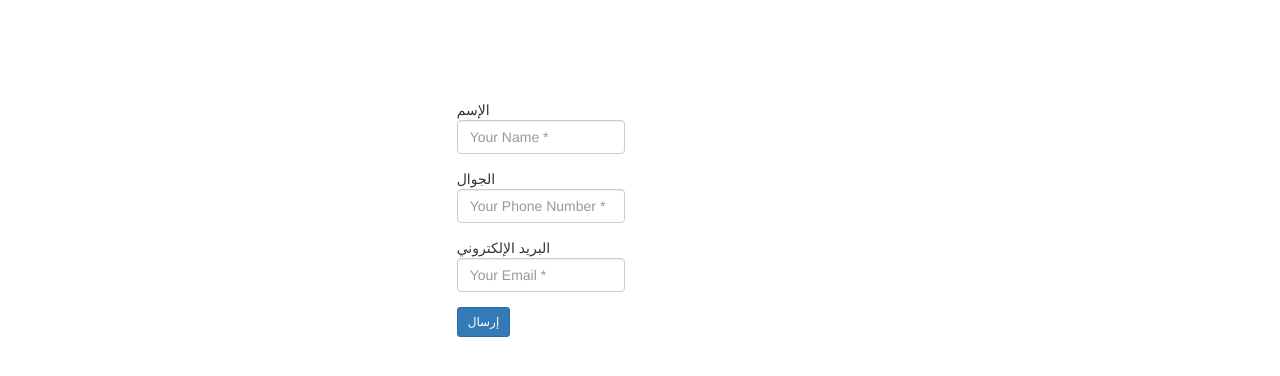
Repository: Abdaljawad-Aya/Itbeep-task
Page: http://localhost/form-user
The author's editor kept a copy of each file at every save. The page is drawn from the files as they stood at one save, then again after the next save.
The browser window is 1280 px wide. The pictures show the whole page.
The page is served by the project's Laravel application, run on PHP 8.4 with Laravel 8. Other server files are loaded and not shown.

Above is the page before, as saved 2021-03-07 17:18:49.

### singlePageApp/routes/web.php
<?php

use Illuminate\Support\Facades\Route;

/*
|--------------------------------------------------------------------------
| Web Routes
|--------------------------------------------------------------------------
|
| Here is where you can register web routes for your application. These
| routes are loaded by the RouteServiceProvider within a group which
| contains the "web" middleware group. Now create something great!
|
*/

Route::get('/', function () {
    return view('welcome');
});

Route::get('form-user', 'formController@form');
Route::post('form-user', ['as' => 'users.store', 'uses' => 'formController@formSaveData']);

### singlePageApp/app/Http/Controllers/formController.php
<?php

namespace App\Http\Controllers;

use Illuminate\Support\Facades\Mail;

use Illuminate\Http\Request;
use App\Mail\formUser;
use App\form;

class formController extends Controller
{
    /**
     * Show the application
     *
     * @return \Illuminatey\Http\Response
     */

    public function form()
    {
        return view('form-user');
    }

    /**
     * Show the application
     *
     * @return \Illuminatey\Http\Response
     */

    public function formSaveData(Request $request)

    {
        $this->validate($request, [
            'name'   => 'required',
            'email'  => 'required|email',
            'mobile' => 'required',
        ]);

        form::create($request->all());
        Mail::send(
            'form-user',
            array(
                'name'   => $request->get('name'),
                'mobile' => $request->get('mobile'),
                'email'  => $request->get('email'),
            ),
            function ($message) use ($request) {
                $message->from('abdaljawad.ayah94@gmail.com');
                $message->to($request->email, 'Admin')->subject($request->get('subject'));
            }
        );
        return back()->with('success', 'Thanks for contact us!');
    }
}

### singlePageApp/resources/views/form-user.blade.php
<!DOCTYPE html>
<html lang="en">
<head>
    <meta charset="UTF-8">
    <meta name="viewport" content="width=device-width, initial-scale=1.0">
    <meta http-equiv="X-UA-Compatible" content="ie=edge">
    <link rel="stylesheet" href="https://maxcdn.bootstrapcdn.com/bootstrap/3.4.1/css/bootstrap.min.css">

    <script src="https://ajax.googleapis.com/ajax/libs/jquery/3.5.1/jquery.min.js"></script>

    <script src="https://maxcdn.bootstrapcdn.com/bootstrap/3.4.1/js/bootstrap.min.js"></script>
    <link rel="stylesheet" href="../views/css/style.css">
    <title>Form</title>
</head>
<body>
   <div class="container contact-form col-md-4 col-md-offset-4" style="margin-top:100px;">
     @if (session('status'))
       <div class="alert alert-success">
           {{ session('status')}}
       </div>
    @endif
    @if (session('warning'))
    <div class="alert alert-warning">
        {{session('warning')}}
    </div>
    @endif

    <form method="POST" action ="{{ route('users.store')}}">
     {{ csrf_field()}}

     <div class="col-md-6">

        {{-- NAME --}}
         <div class="form-group {{ $errors->has('name') ? ' has-error' : '' }}">
                الإسم
            <input type="text" name="name" class="form-control" placeholder="Your Name *" required/>
             @if ($errors->has('name'))
                 <span class="help-block">
                     <strong>
                         {{ $errors->first('name')}}
                     </strong>
                 </span>
             @endif
         </div>


        {{-- MOBILE --}}

        <div class="form-group" {{$errors->has('mobile') ? 'has-error' : ''}}>
            الجوال
         <input type="text" name="mobile" class="form-control" placeholder="Your Phone Number *" required/>

         @if ($errors->has('mobile'))
             <span class="help-block">
                 <strong>
                     {{ $errors->first('mobile')}}
                 </strong>
             </span>
         @endif
        </div>
         {{-- EMAIL --}}
         <div class="form-group" {{$errors->has('email') ? 'has-error' : ''}}>
            البريد الإلكتروني
          <input type="email" name="email" class="form-control" placeholder="Your Email *" required />

            @if ($errors->has('email'))
            <span class="help-block">
                <strong>
                    {{ $errors->first('email')}}
                </strong>
            </span>
            @endif
        </div>

        <div class="form-group">

            <input type="submit" name="btnSubmit" class="btn btn-primary btn-square btn-sm" value="إرسال">
        </div>
     </div>
    </form>
</div>
</body>
</html>

Loaded but not shown: singlePageApp/app/Http/Controllers/Controller.php (common file)

After the next save:
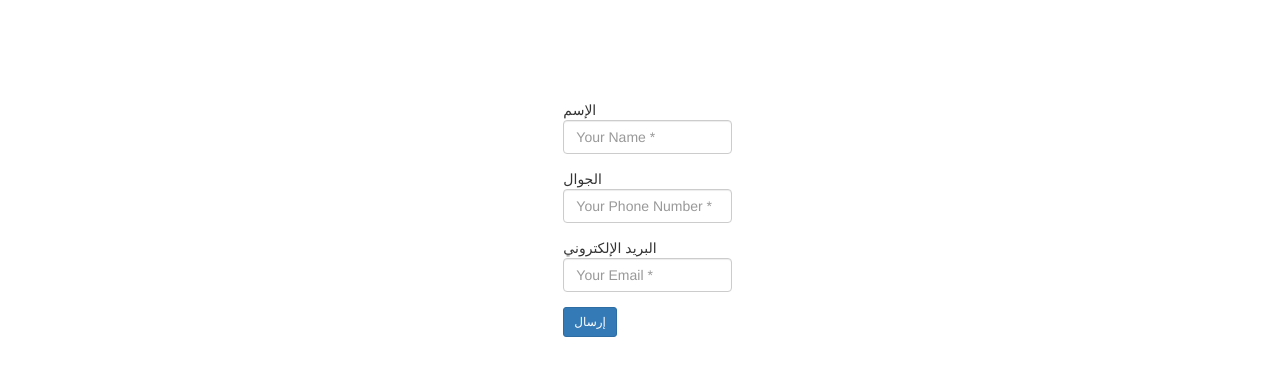
Saved 6 s later.
--- a/singlePageApp/resources/views/form-user.blade.php
+++ b/singlePageApp/resources/views/form-user.blade.php
@@ -13,7 +13,7 @@
     <title>Form</title>
 </head>
 <body>
-   <div class="container contact-form col-md-4 col-md-offset-4" style="margin-top:100px;">
+   <div class="container contact-form col-md-4 col-md-offset-5" style="margin-top:100px;">
      @if (session('status'))
        <div class="alert alert-success">
            {{ session('status')}}
